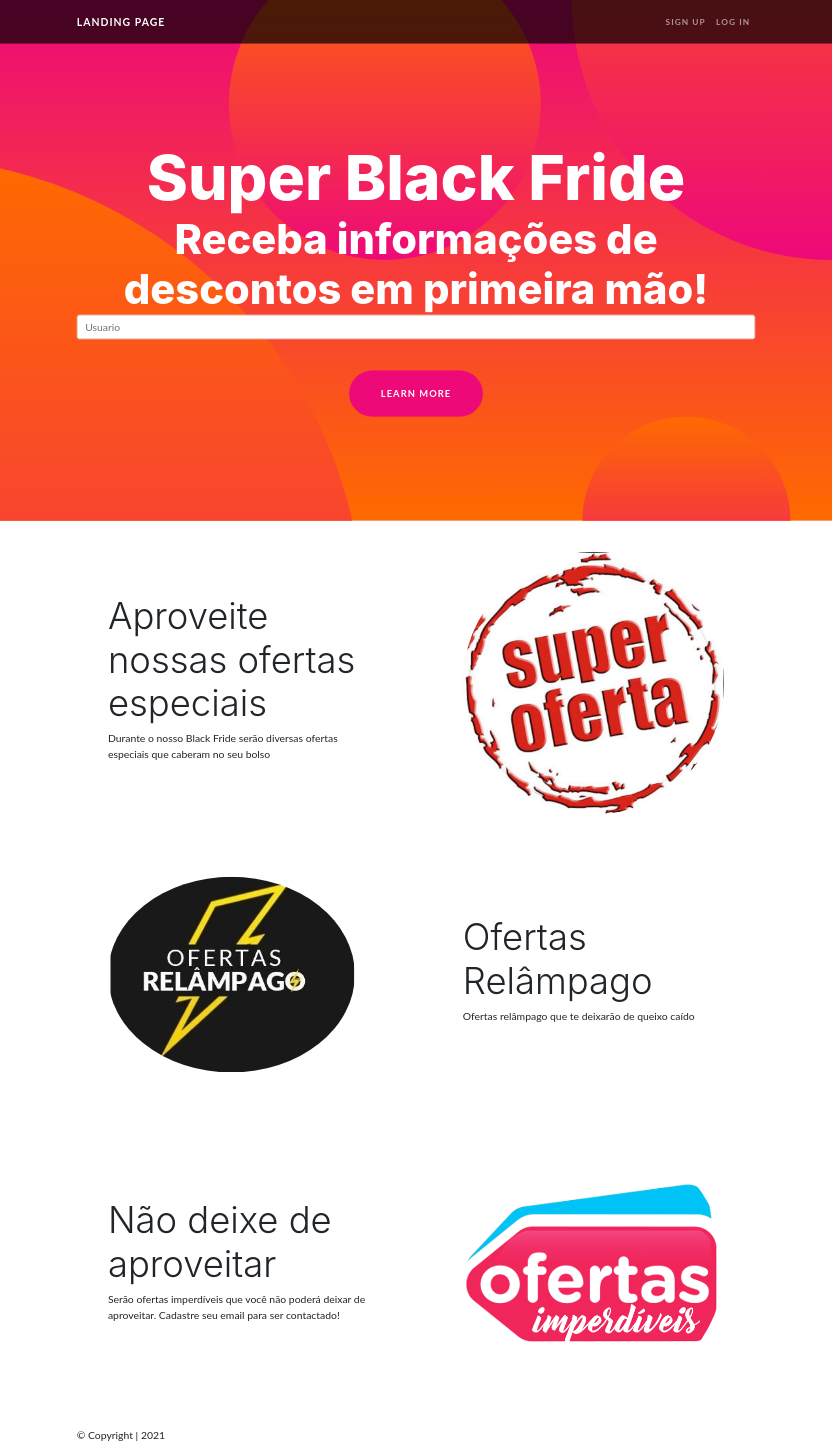
Repository: jrfalcao/landing-page
Page: /
The author's editor kept a copy of each file at every save. The page is drawn from the files as they stood at one save, then again after the next save.
The browser window is 1280 px wide. The pictures show the whole page, at 65% of full size.
The project was rebuilt for these pictures with package versions that can differ from the ones it lists, and the page was loaded fresh each time.

Above is the page before, as saved 2021-07-18 22:08:49.

After the next save:
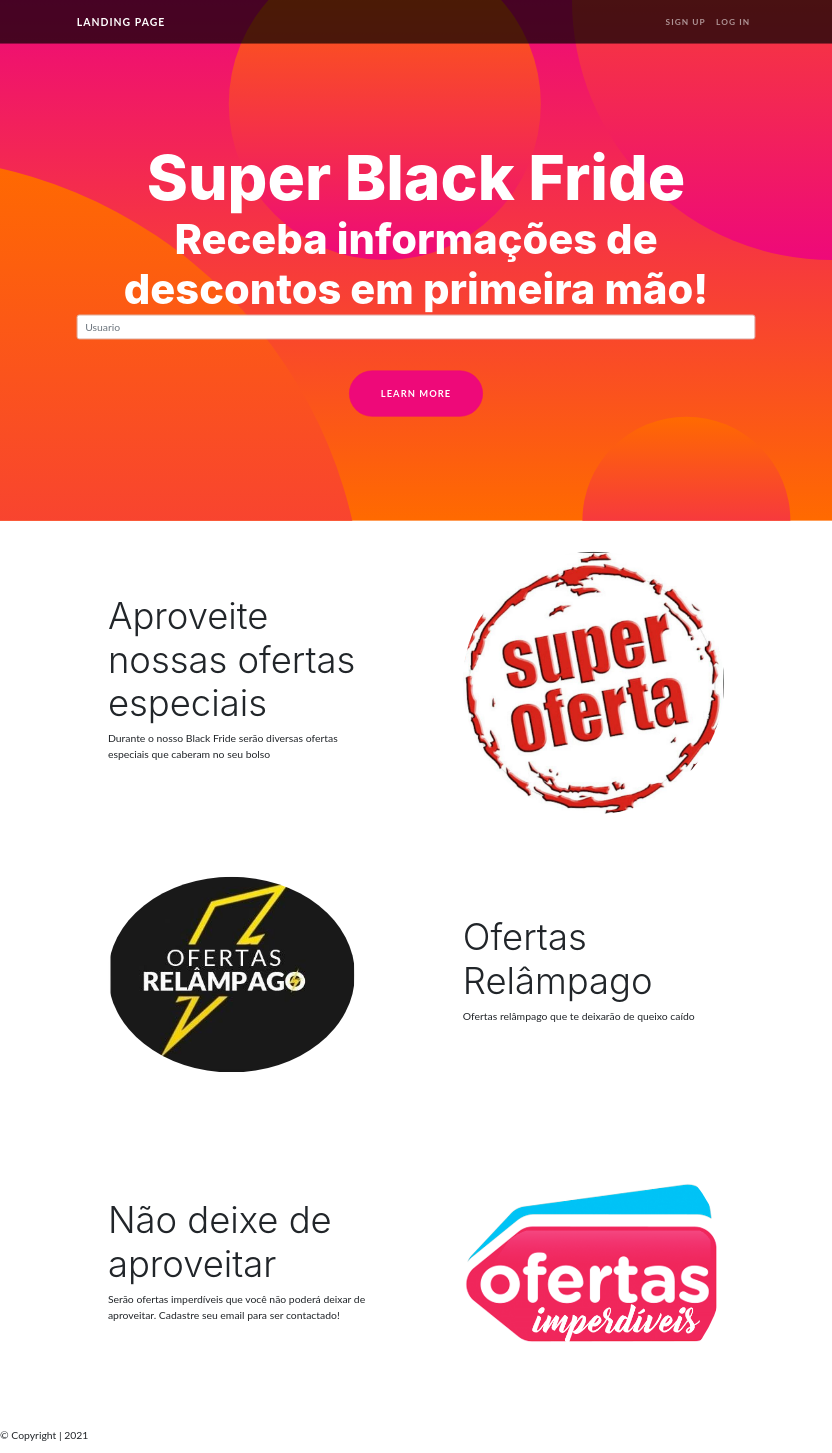
Saved 35 s later.
--- a/src/Components/Footer.js
+++ b/src/Components/Footer.js
@@ -4,7 +4,7 @@
 
 	return (
 		<footer>
-			<div className="container px-5"><p>&copy; Copyright | 2021</p></div>
+			<div><p>&copy; Copyright | 2021</p></div>
 		</footer>
 	);
 }
